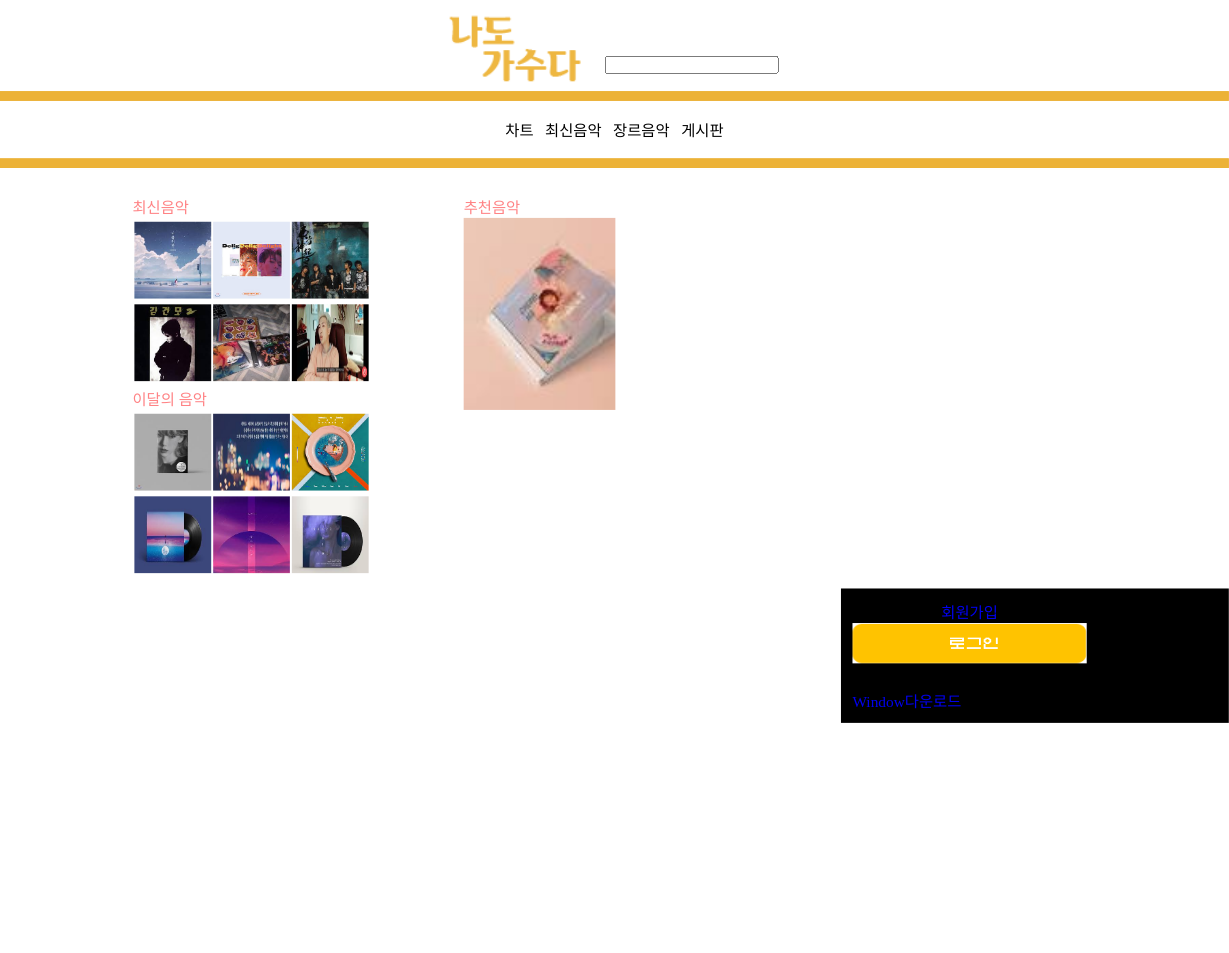
Repository: Ea-Bell/GraduationPortfolio
Page: http://localhost/WebTest/webTest/View/login/index.jsp
The author's editor kept a copy of each file at every save. The page is drawn from the files as they stood at one save, then again after the next save.
The browser window is 1280 px wide. The pictures show the whole page, at 96% of full size.
The page is served by Tomcat 9. Nobody is signed in. The application's start-up code is not run.

Above is the page before, as saved 2020-09-25 13:23:41.

After the next save:
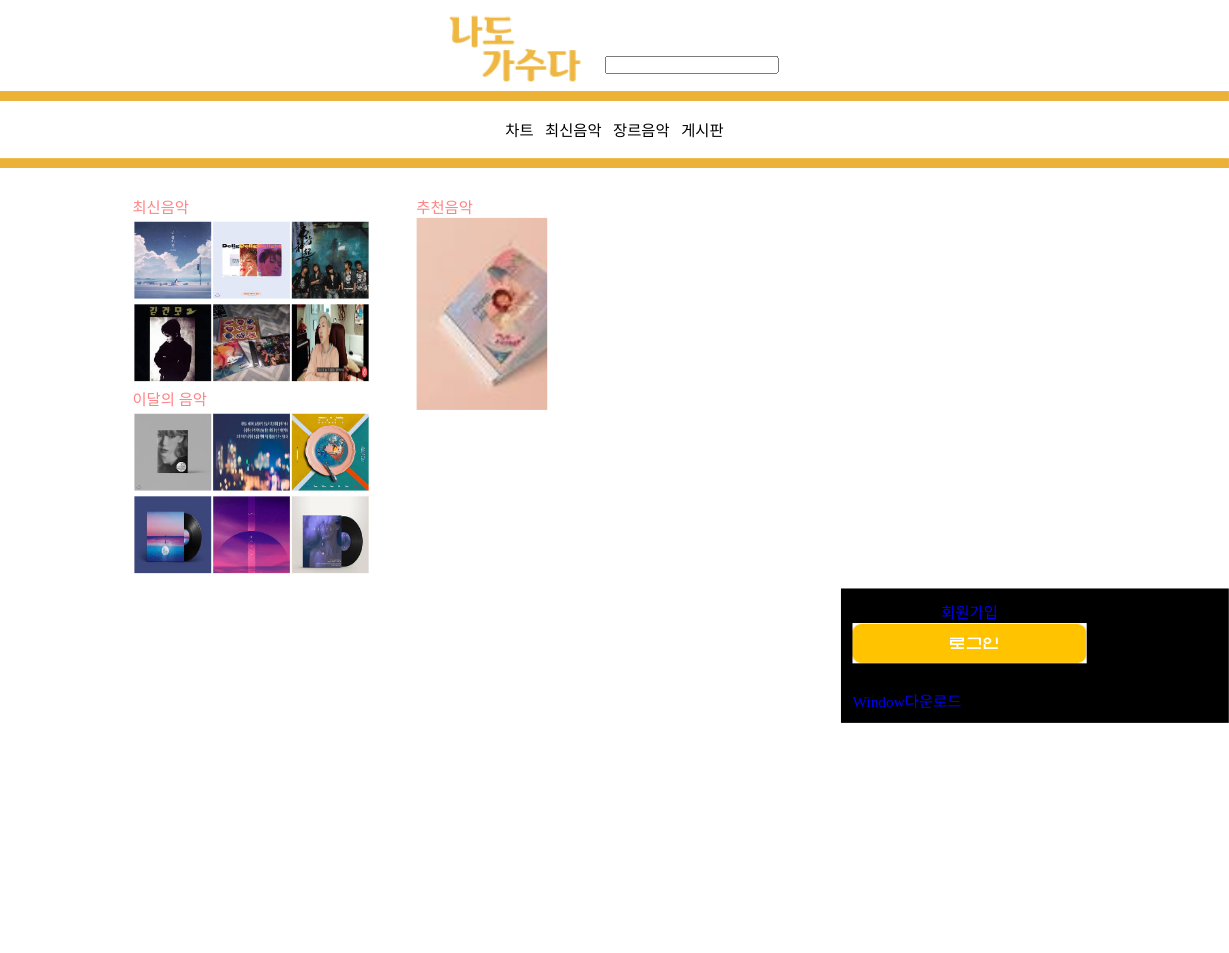
Saved 17 s later.
--- a/WEB_Server/WebTest/WebContent/webTest/View/login/index.jsp
+++ b/WEB_Server/WebTest/WebContent/webTest/View/login/index.jsp
@@ -51,7 +51,7 @@
 		<div id="leftblank" style="height:800px; width: 10%; float:left;" >
 		</div>
 	<!-- 콘텐츠 -->
-	<div class="content" style="width:70%; float:left;">
+	<div class="content" style="width:60%; float:left;">
 
 		<div id="content"  style="padding:10px; width: 55%;  float: left;" >
 

After the save that followed:
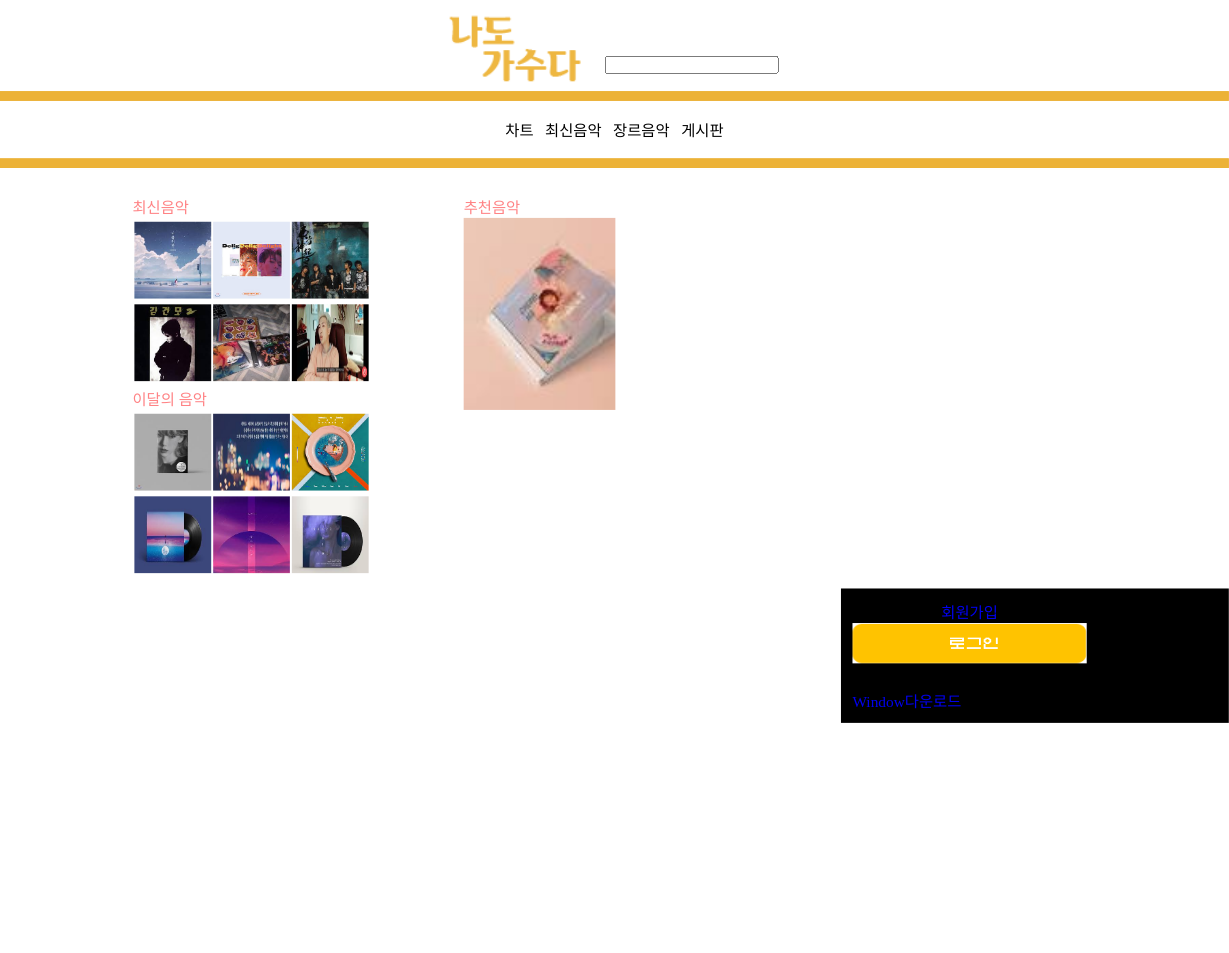
Saved 12 s later.
--- a/WEB_Server/WebTest/WebContent/webTest/View/login/index.jsp
+++ b/WEB_Server/WebTest/WebContent/webTest/View/login/index.jsp
@@ -51,7 +51,7 @@
 		<div id="leftblank" style="height:800px; width: 10%; float:left;" >
 		</div>
 	<!-- 콘텐츠 -->
-	<div class="content" style="width:60%; float:left;">
+	<div class="content" style="width:70%; float:left;">
 
 		<div id="content"  style="padding:10px; width: 55%;  float: left;" >
 
